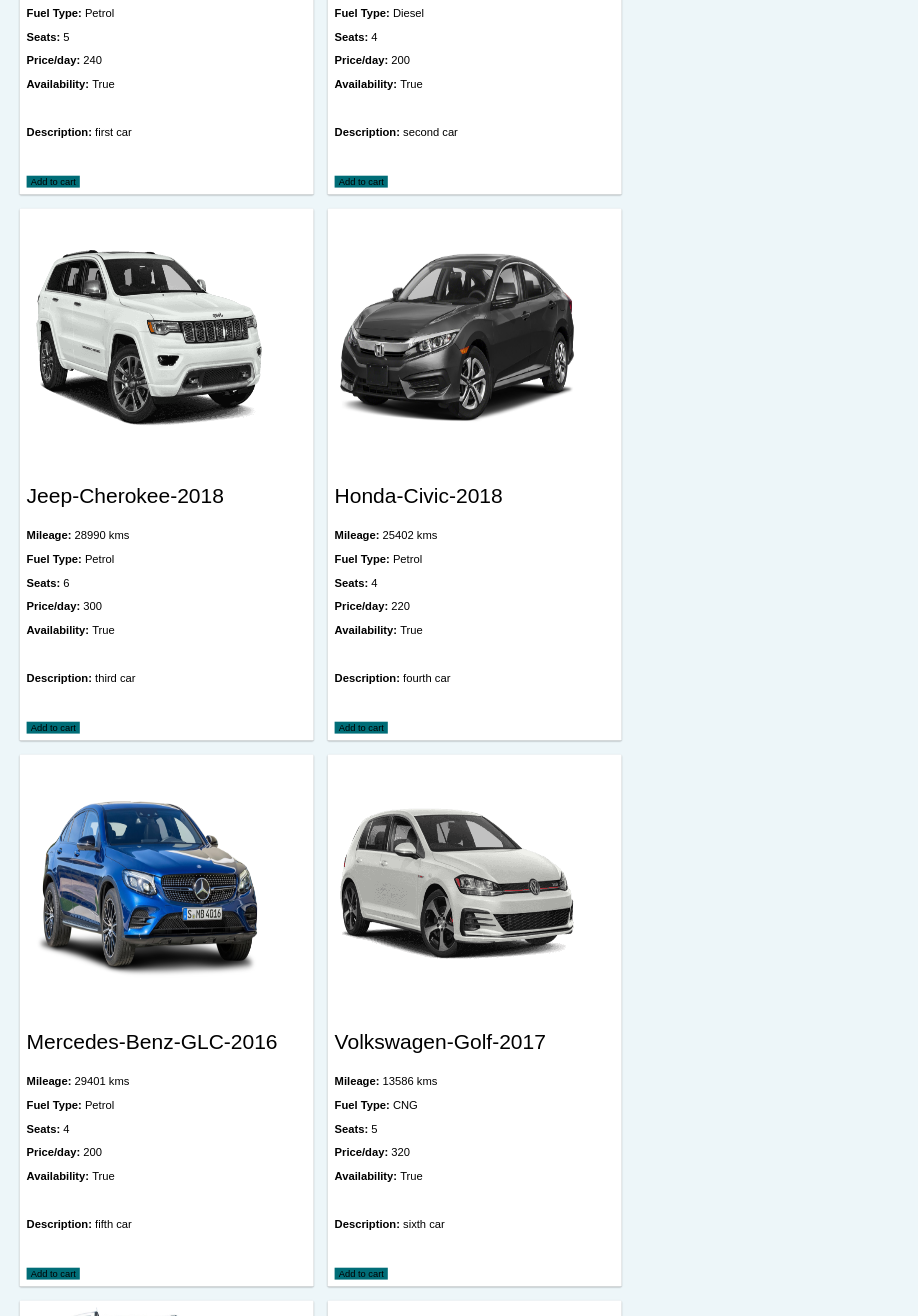
Repository: michtnt/POI-Hertz
Page: index.html
The author's editor kept a record of every edit. The page is drawn from the files as they stood at one moment, then again after the next edit.
The browser window is 1280 px wide. The page is 1312 px wide, so the pictures cover 1312 px, including what lies to the right of the window. The pictures show the part of the page from y = 600 to 2480 px (the page is 4018 px tall before and 4178 px after), at 70% of full size.

Above is the page before.

After the next edit:
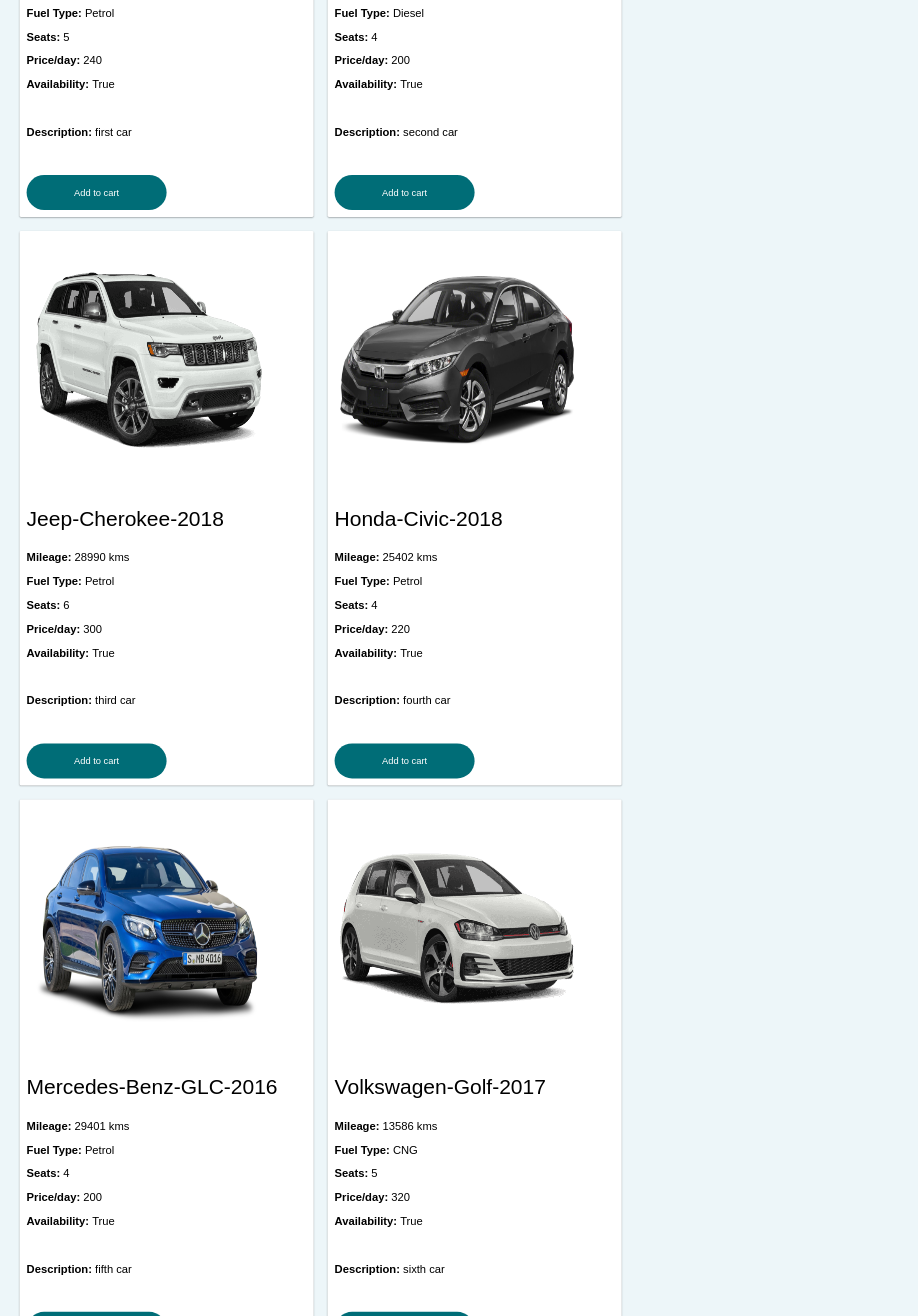
The edit:
--- a/index.css
+++ b/index.css
@@ -27,7 +27,7 @@
   border-radius: 25px;
 }
 
-.button.button-rsv {
+.button.button-add {
   height: 50px;
   width: 200px;
   color: white;
